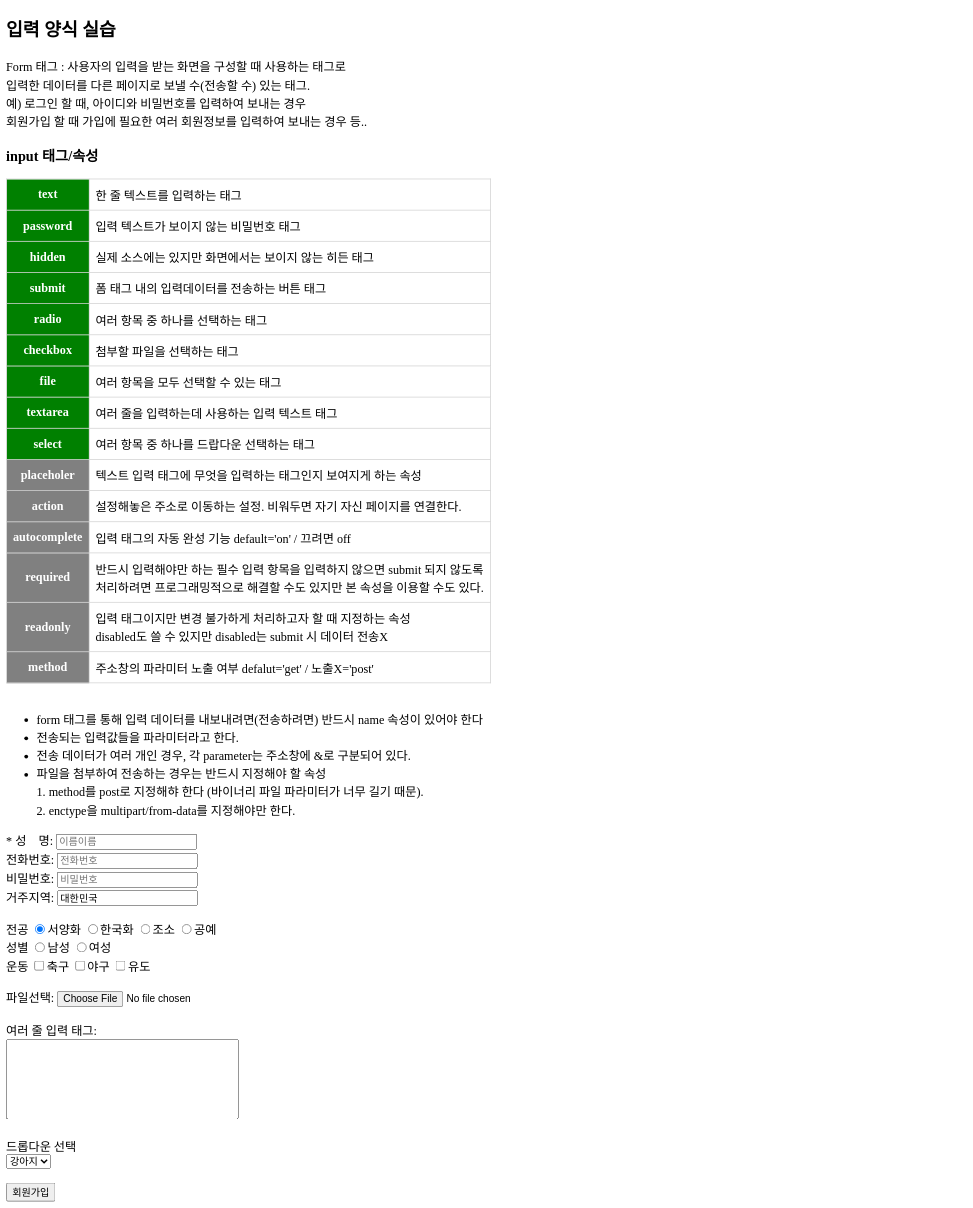
Repository: itkezi/HTML_2022_505
Page: Web/WebContent/HTML/0321_form.html
These files come from the project's save history. The page is drawn as it stood at one moment and after the next save; the edit follows.
The browser window is 1280 px wide. The pictures show the whole page, at 76% of full size.

Above is the page before, as saved 2022-03-21 07:32:23.

### Web/WebContent/HTML/0321_form.html
<!DOCTYPE html>
<html>
<head>
<meta charset="UTF-8">
<title>입력 양식</title>
<style>
table { border-collapse: collapse; width:'2000px'; }
th, td {border:1px solid lightgray ; padding:8px; }
th {color:white;; }
textarea {width:300px; height:100px; resize:none; }


</style>
</head>
<body>
<h2>입력 양식 실습</h2>
<p>
Form 태그 : 사용자의 입력을 받는 화면을 구성할 때 사용하는 태그로 <br>
입력한 데이터를 다른 페이지로 보낼 수(전송할 수) 있는 태그. <br>
예) 로그인 할 때, 아이디와 비밀번호를 입력하여 보내는 경우<br>
	회원가입 할 때 가입에 필요한 여러 회원정보를 입력하여 보내는 경우 등..
</p>

<h3>input 태그/속성</h3>
<table>
	<tr>
		<th style='background-color:green'>text</th>
		<td>한 줄 텍스트를 입력하는 태그</td>
	</tr>
	<tr>
		<th style='background-color:green'>password</th>
		<td>입력 텍스트가 보이지 않는 비밀번호 태그</td>
	</tr>
	<tr>
		<th style='background-color:green'>hidden</th>
		<td>실제 소스에는 있지만 화면에서는 보이지 않는 히든 태그</td>
	</tr>
	<tr>
		<th style='background-color:green'>submit</th>
		<td>폼 태그 내의 입력데이터를 전송하는 버튼 태그</td>
	</tr>
	<tr>
		<th style='background-color:green'>radio</th>
		<td>여러 항목 중 하나를 선택하는 태그</td>
	</tr>
	<tr>
		<th style='background-color:green'>checkbox</th>
		<td>첨부할 파일을 선택하는 태그</td>
	</tr>
	<tr>
		<th style='background-color:green'>file</th>
		<td>여러 항목을 모두 선택할 수 있는 태그</td>
	</tr>
	<tr>
		<th style='background-color:green'>textarea</th>
		<td>여러 줄을 입력하는데 사용하는 입력 텍스트 태그</td>
	</tr>
	<tr>
		<th style='background-color:green'>select</th>
		<td>여러 항목 중 하나를 드랍다운 선택하는 태그</td>
	</tr>
	<tr>
		<th style='background-color:gray'>placeholer</th>
		<td>텍스트 입력 태그에 무엇을 입력하는 태그인지 보여지게 하는 속성</td>
	</tr>
	<tr>
		<th style='background-color:gray'>action</th>
		<td>설정해놓은 주소로 이동하는 설정. 비워두면 자기 자신 페이지를 연결한다.</td>
	</tr>
	<tr>
		<th style='background-color:gray'>autocomplete</th>
		<td>입력 태그의 자동 완성 기능 default='on' / 끄려면 off</td>
	</tr>
	<tr>
		<th style='background-color:gray'>required</th>
		<td>반드시 입력해야만 하는 필수 입력 항목을 입력하지 않으면 submit 되지 않도록<br>
		    처리하려면 프로그래밍적으로 해결할 수도 있지만 본 속성을 이용할 수도 있다.</td>
	</tr>
	<tr>
		<th style='background-color:gray'>readonly</th>
		<td>입력 태그이지만 변경 불가하게 처리하고자 할 때 지정하는 속성<br>
		disabled도 쓸 수 있지만 disabled는 submit 시 데이터 전송X</td>
	</tr>
	<tr>
		<th style='background-color:gray'>method</th>
		<td>주소창의 파라미터 노출 여부 defalut='get' / 노출X='post'</td>
	</tr>
</table><br>
<p>
<ul>
	<li>form 태그를 통해 입력 데이터를 내보내려면(전송하려면) 반드시 name 속성이 있어야 한다
	<li>전송되는 입력값들을 파라미터라고 한다.
	<li>전송 데이터가 여러 개인 경우, 각 parameter는 주소창에 &로 구분되어 있다.
	<li>파일을 첨부하여 전송하는 경우는 반드시 지정해야 할 속성<br>
		1. method를 post로 지정해햐 한다 (바이너리 파일 파라미터가 너무 길기 때문).<br>
		2. enctype을 multipart/from-data를 지정해야만 한다.
</ul><p>

<form action='' method='post'autocomplete='off' enctype='multipart/from-data'>
	<div>* 성　명: <input type='text' name='name' placeholder='이름이름' required></div>
	<div>전화번호: <input type='text'name='phone' placeholder='전화번호'></div>
	<div>비밀번호: <input type='password' name='password' placeholder='비밀번호'></div>
	<div>거주지역: <input type='text' name='addres' readonly value='대한민국'></div><br>
	<input type='hidden' name='id' value='hong'>
	<div> 전공
		<input type='radio' name='major' value='서양화' checked>서양화
		<input type='radio' name='major' value='한국화'>한국화
		<input type='radio' name='major' value='조소'>조소
		<input type='radio' name='major' value='공예'>공예
	</div>
	<div> 성별
		<input type='radio' name='gender' value='남성' id='male'><label for ='male'>남성</label>
		<input type='radio' name='gender' value='여성	'id='female'><label for ='female'>여성</label>
	</div>
	<div> 운동
		<label><input type='checkbox' name='sports' value='축구'>축구</label>
		<label><input type='checkbox' name='sports' value='야구'>야구</label>
		<label><input type='checkbox' name='sports' value='유도'>유도</label>
	</div><br>
	<div>
		파일선택: <input type='file' >
	</div><br>
	<div>
		여러 줄 입력 태그:<br> <textarea rows="5" cols="20" name='memo'></textarea>
	</div>
	<br>
	<div> 드롭다운 선택<br>
		<select name='companion'>
			<option>강아지</option>
			<option>고양이</option>
			<option>거북이</option>
			<option>햄스터</option>
		</select>
	</div><br>
	<div>
		<input type="submit" value='회원가입'></div>
</form>


</body>
</html>

After the next save:
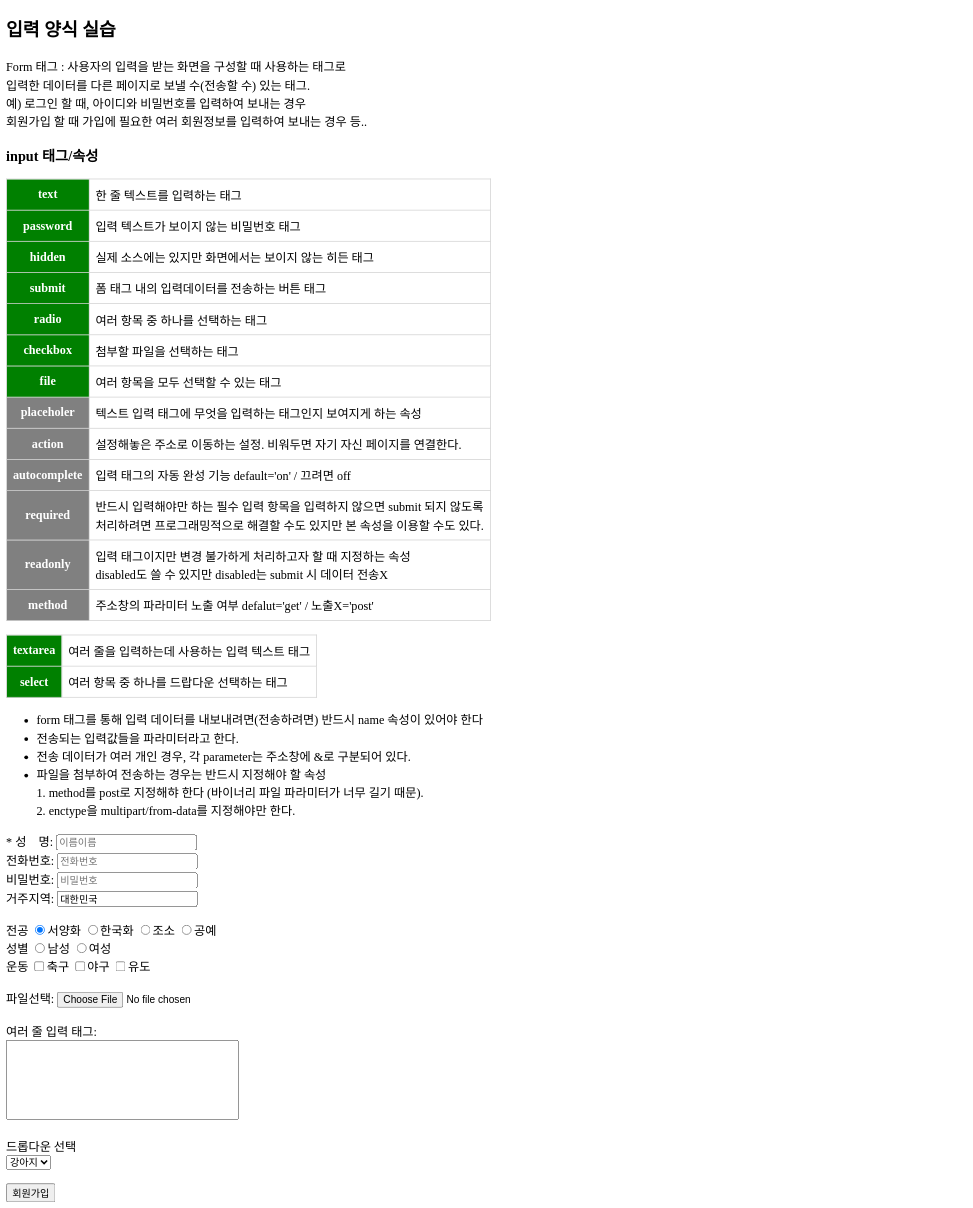
Saved 49 s later.
--- a/Web/WebContent/HTML/0321_form.html
+++ b/Web/WebContent/HTML/0321_form.html
@@ -52,14 +52,6 @@ Form 태그 : 사용자의 입력을 받는 화면을 구성할 때 사용하는
 		<td>여러 항목을 모두 선택할 수 있는 태그</td>
 	</tr>
 	<tr>
-		<th style='background-color:green'>textarea</th>
-		<td>여러 줄을 입력하는데 사용하는 입력 텍스트 태그</td>
-	</tr>
-	<tr>
-		<th style='background-color:green'>select</th>
-		<td>여러 항목 중 하나를 드랍다운 선택하는 태그</td>
-	</tr>
-	<tr>
 		<th style='background-color:gray'>placeholer</th>
 		<td>텍스트 입력 태그에 무엇을 입력하는 태그인지 보여지게 하는 속성</td>
 	</tr>
@@ -86,6 +78,16 @@ Form 태그 : 사용자의 입력을 받는 화면을 구성할 때 사용하는
 		<td>주소창의 파라미터 노출 여부 defalut='get' / 노출X='post'</td>
 	</tr>
 </table><br>
+<table>
+	<tr>
+		<th style='background-color:green'>textarea</th>
+		<td>여러 줄을 입력하는데 사용하는 입력 텍스트 태그</td>
+	</tr>
+	<tr>
+		<th style='background-color:green'>select</th>
+		<td>여러 항목 중 하나를 드랍다운 선택하는 태그</td>
+	</tr>
+</table>
 <p>
 <ul>
 	<li>form 태그를 통해 입력 데이터를 내보내려면(전송하려면) 반드시 name 속성이 있어야 한다
